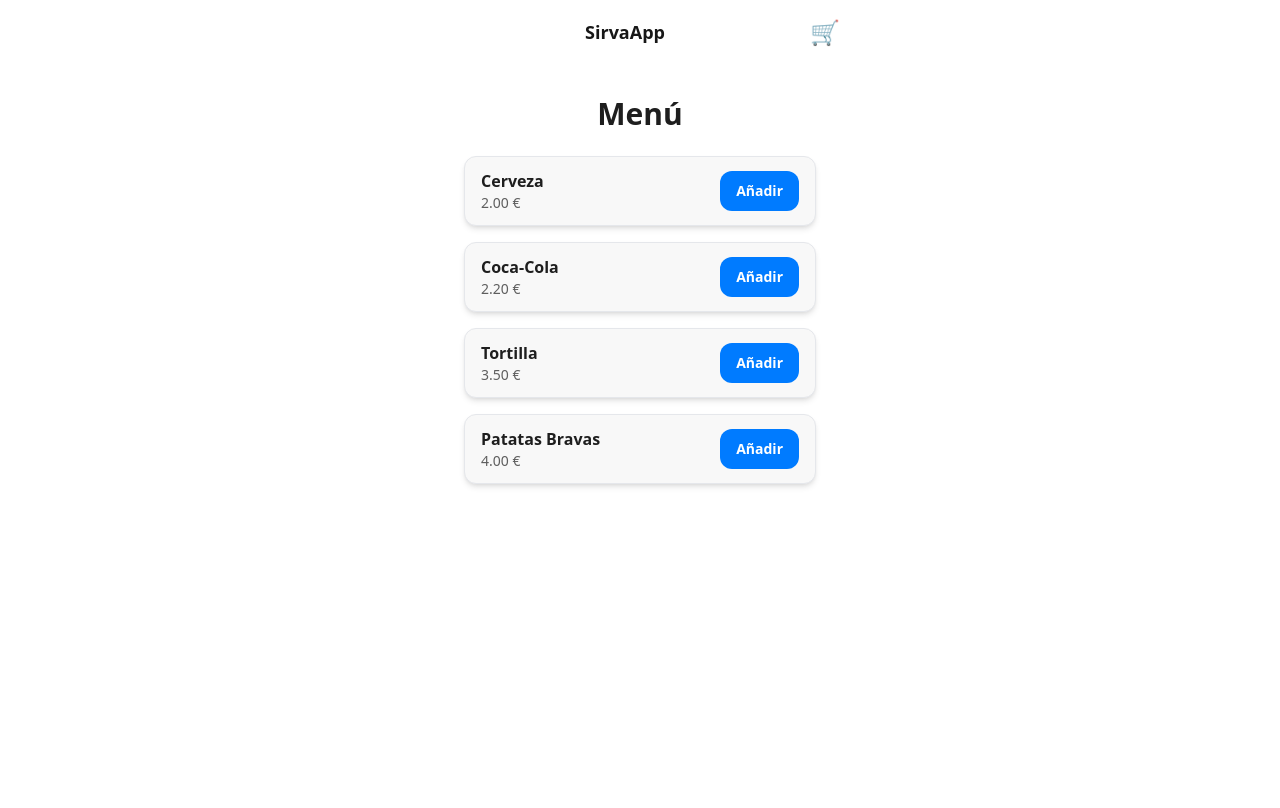
Repository: jrcardenas/sirvaapp
Page: /menu
An editor plug-in stored every save of this project. The page is shown before and after the next save, followed by the edit.
The browser window is 1280 px wide. The pictures show the whole page.
The project was rebuilt for these pictures with package versions that can differ from the ones it lists, and the page was loaded fresh each time. The framework's server and built-in components were replaced by stand-ins that run in the browser. Also part of the build but not shown: next.config.ts, app/components/viewOrderButton.tsx.

Above is the page before, as saved 2025-11-02 11:45:38.

### app/layout.tsx
import type { Metadata } from "next";
import "./globals.css";
import "./styles/theme.css";
import { OrderProvider } from "@/context/OrderContext";
import LayoutWrapper from "@/components/layout/LayoutWrapper";

export const metadata: Metadata = {
  title: "SirvaApp",
  description: "Pide desde tu mesa. Sirve más rápido.",
};

export default function RootLayout({ children }: { children: React.ReactNode }) {
  return (
    <html lang="es">
      <body className="bg-[var(--color-background)] text-[var(--color-text-dark)]">
        <OrderProvider>
          <LayoutWrapper>
            {children}
          </LayoutWrapper>
        </OrderProvider>
      </body>
    </html>
  );
}

### app/menu/page.tsx
"use client";

import Button from "@/components/ui/Button";
import { useCartStore } from "@/store/cartStore";
import ViewOrderButton from "@/components/ViewOrderButton";

export default function MenuPage() {
  const { addItem, items } = useCartStore();

  const productos = [
    { id: "1", nombre: "Cerveza", precio: 2.0 },
    { id: "2", nombre: "Coca-Cola", precio: 2.2 },
    { id: "3", nombre: "Tortilla", precio: 3.5 },
    { id: "4", nombre: "Patatas Bravas", precio: 4.0 },
  ];

  const getQty = (id: string) =>
    items.find((p) => p.id === id)?.qty ?? 0;

  return (
    <main className="min-h-screen bg-[var(--color-background)] p-6 pb-20">
      <h1 className="text-3xl font-bold text-center text-[var(--color-text-dark)] mb-6">
        Menú
      </h1>

      <div className="grid gap-4 max-w-md mx-auto">
        {productos.map((item) => {
          const qty = getQty(item.id);

          return (
            <div
              key={item.id}
              className="bg-[var(--color-surface)] shadow-md rounded-[var(--radius)] px-4 py-3 flex justify-between items-center border border-gray-200"
            >
              <div className="flex flex-col">
                <span className="font-semibold text-[var(--color-text-dark)]">
                  {item.nombre}
                </span>
                <span className="text-[var(--color-text-dark)] opacity-70 text-sm">
                  {item.precio.toFixed(2)} €
                </span>
              </div>

              <Button
                size="sm"
                onClick={() =>
                  addItem({
                    id: item.id,
                    name: item.nombre,
                    price: item.precio,
                    qty: 1,
                  })
                }
              >
                Añadir {qty > 0 && `(${qty})`}
              </Button>
            </div>
          );
        })}
      </div>

      <ViewOrderButton />
    </main>
  );
}

### app/globals.css
@import "tailwindcss";

/* Colores base del navegador */
:root {
  --background: #ffffff;
  --foreground: #171717;
}

/* ✅ Variables sincronizadas con el tema */
@theme inline {
  --color-background: var(--background);
  --color-foreground: var(--foreground);
  --font-sans: var(--font-geist-sans);
  --font-mono: var(--font-geist-mono);
}

@media (prefers-color-scheme: dark) {
  :root {
    --background: #0a0a0a;
    --foreground: #ededed;
  }
}

/* ✅ Mantener reset y tipografía */
body {
  background: var(--color-background);
  color: var(--color-foreground);
}

### app/styles/theme.css
:root {
  /* Brand Colors */
  --color-primary: #007BFF;
  --color-secondary: #1E1E1E;
  --color-background: #FFFFFF;
  --color-surface: #F8F8F8;
  --color-border: #E2E2E2;

  /* Text */
  --color-text-dark: #1E1E1E;
  --color-text-light: #FFFFFF;

  /* Tokens */
  --radius: 12px;
  --button-height: 48px;
}

### app/context/OrderContext.tsx
"use client";
import { createContext, useContext, useState, ReactNode } from "react";

interface ProductoPedido {
  id: number;
  nombre: string;
  precio: number;
  cantidad: number;
  nota?: string;
}

interface OrderContextValue {
  pedido: ProductoPedido[];
  agregarProducto: (producto: ProductoPedido) => void;
  cambiarCantidad: (id: number, accion: "sumar" | "restar") => void;
  eliminarProducto: (id: number) => void;
  vaciarPedido: () => void;
  totalItems: number;
  totalPrice: number;
}

const OrderContext = createContext<OrderContextValue | undefined>(undefined);

export function OrderProvider({ children }: { children: ReactNode }) {
  const [pedido, setPedido] = useState<ProductoPedido[]>([]);

  const agregarProducto = (producto: ProductoPedido) => {
    setPedido((prev) => {
      const existe = prev.find((p) => p.id === producto.id);
      if (existe) {
        return prev.map((p) =>
          p.id === producto.id
            ? { ...p, cantidad: p.cantidad + producto.cantidad }
            : p
        );
      }
      return [...prev, producto];
    });
  };

  const cambiarCantidad = (id: number, accion: "sumar" | "restar") => {
    setPedido((prev) =>
      prev
        .map((p) => {
          if (p.id !== id) return p;
          if (accion === "sumar") return { ...p, cantidad: p.cantidad + 1 };
          if (p.cantidad === 1) return p;
          return { ...p, cantidad: p.cantidad - 1 };
        })
        .filter((p) => p.cantidad > 0)
    );
  };

  const eliminarProducto = (id: number) => {
    setPedido((prev) => prev.filter((p) => p.id !== id));
  };

  const vaciarPedido = () => setPedido([]);

  const totalItems = pedido.reduce((acc, p) => acc + p.cantidad, 0);
  const totalPrice = pedido.reduce((acc, p) => acc + p.precio * p.cantidad, 0);

  return (
    <OrderContext.Provider
      value={{
        pedido,
        agregarProducto,
        cambiarCantidad,
        eliminarProducto,
        vaciarPedido,
        totalItems,
        totalPrice,
      }}
    >
      {children}
    </OrderContext.Provider>
  );
}

export function useOrder() {
  const context = useContext(OrderContext);
  if (!context) throw new Error("useOrder debe usarse dentro de OrderProvider");
  return context;
}

### app/components/layout/LayoutWrapper.tsx
"use client";

import Header from "./Header";

export default function LayoutWrapper({ children }: { children: React.ReactNode }) {
  return (
    <div className="max-w-md mx-auto px-6 py-4 min-h-screen flex flex-col">
      <Header />
      {children}
    </div>
  );
}

### app/components/ui/Button.tsx
"use client";

import React from "react";
import Link from "next/link";

type Variant = "primary" | "secondary" | "outline" | "ghost";
type Size = "sm" | "md" | "lg";

type ButtonProps = {
  variant?: Variant;
  size?: Size;
  loading?: boolean;
  fullWidth?: boolean;
  as?: "button" | "link";
  href?: string;
  className?: string;
  children: React.ReactNode;
} & React.ButtonHTMLAttributes<HTMLButtonElement>;

function classes({ variant, size, fullWidth }: { variant: Variant; size: Size; fullWidth?: boolean }) {
  const base =
    "inline-flex items-center justify-center font-semibold transition focus:outline-none focus-visible:ring-2 focus-visible:ring-offset-2";
  const radius = "rounded-[var(--radius)]";
  const width = fullWidth ? "w-full" : "";
  const sizes: Record<Size, string> = {
    sm: "text-sm h-10 px-4",
    md: "text-base h-[var(--button-height)] px-5", // 48px por theme
    lg: "text-base h-14 px-6",
  };
  const variants: Record<Variant, string> = {
    primary:
      "bg-[var(--color-primary)] text-[var(--color-text-light)] hover:opacity-90 focus-visible:ring-[var(--color-primary)]",
    secondary:
      "bg-[var(--color-secondary)] text-[var(--color-text-light)] hover:opacity-90 focus-visible:ring-[var(--color-secondary)]",
    outline:
      "bg-transparent text-[var(--color-text-dark)] border border-[color:var(--color-secondary)]/20 hover:bg-[var(--color-surface)] focus-visible:ring-[var(--color-primary)]",
    ghost:
      "bg-transparent text-[var(--color-text-dark)] hover:bg-[var(--color-surface)] focus-visible:ring-[var(--color-primary)]",
  };

  return [base, radius, width, sizes[size], variants[variant]].join(" ");
}

export default function Button({
  variant = "primary",
  size = "md",
  loading = false,
  fullWidth,
  as = "button",
  href,
  className = "",
  children,
  disabled,
  ...rest
}: ButtonProps) {
  const cls =
    classes({ variant, size, fullWidth }) +
    " " +
    (disabled || loading ? "opacity-60 pointer-events-none" : "") +
    " " +
    className;

  const content = (
    <>
      {loading && (
        <svg
          className="mr-2 animate-spin"
          width="16"
          height="16"
          viewBox="0 0 24 24"
          aria-hidden="true"
        >
          <circle cx="12" cy="12" r="10" stroke="currentColor" strokeWidth="4" fill="none" opacity="0.25" />
          <path d="M22 12a10 10 0 0 1-10 10" fill="none" stroke="currentColor" strokeWidth="4" />
        </svg>
      )}
      {children}
    </>
  );

  if (as === "link" && href) {
    return (
      <Link
        href={href}
        className={cls}
        role="button"
        aria-busy={loading || undefined}
        aria-disabled={disabled || loading || undefined}
      >
        {content}
      </Link>
    );
  }

  return (
    <button
      className={cls}
      disabled={disabled || loading}
      aria-busy={loading || undefined}
      {...rest}
    >
      {content}
    </button>
  );
}

### app/store/cartStore.ts
import { create } from "zustand";

export interface CartItem {
  id: string;
  name: string;
  price: number;
  qty: number;
  note?: string;
}

interface CartState {
  items: CartItem[];
  addItem: (item: CartItem) => void;
  changeQty: (id: string, qty: number) => void;
  removeItem: (id: string, note?: string) => void;
  clearCart: () => void;
  totalItems: number;
  totalAmount: number;
}

export const useCartStore = create<CartState>((set, get) => ({
  items: [],

  addItem: (item) => {
    const exists = get().items.find(
      (i) => i.id === item.id && i.note === item.note
    );

    if (exists) {
      set({
        items: get().items.map((i) =>
          i.id === item.id && i.note === item.note
            ? { ...i, qty: i.qty + item.qty }
            : i
        ),
      });
    } else {
      set({ items: [...get().items, item] });
    }
  },

  changeQty: (id, qty) => {
    if (qty < 1) return; // ✅ regla elegida (A)
    set({
      items: get().items.map((i) =>
        i.id === id ? { ...i, qty } : i
      ),
    });
  },

  removeItem: (id, note) =>
    set({
      items: get().items.filter(
        (i) => !(i.id === id && i.note === note)
      ),
    }),

  clearCart: () => set({ items: [] }),

  get totalItems() {
    return get().items.reduce((acc, i) => acc + i.qty, 0);
  },

  get totalAmount() {
    return get().items.reduce((acc, i) => acc + i.qty * i.price, 0);
  },
}));

### app/components/layout/Header.tsx
"use client";

import Link from "next/link";
import { useOrder } from "@/context/OrderContext";

export default function Header() {
  const { pedido } = useOrder();
  const totalItems = pedido.reduce((acc, item) => acc + item.cantidad, 0);

  return (
    <header className="flex justify-between items-center mb-6">
      <div /> {/* placeholder para el espacio izquierdo */}

      <h1 className="text-lg font-bold">SirvaApp</h1>

      <Link href="/carrito" className="relative">
        <span className="text-2xl">🛒</span>

        {totalItems > 0 && (
          <span className="absolute -top-1 -right-2 bg-[var(--color-primary)] text-white rounded-full text-xs px-1">
            {totalItems}
          </span>
        )}
      </Link>
    </header>
  );
}

After the next save:
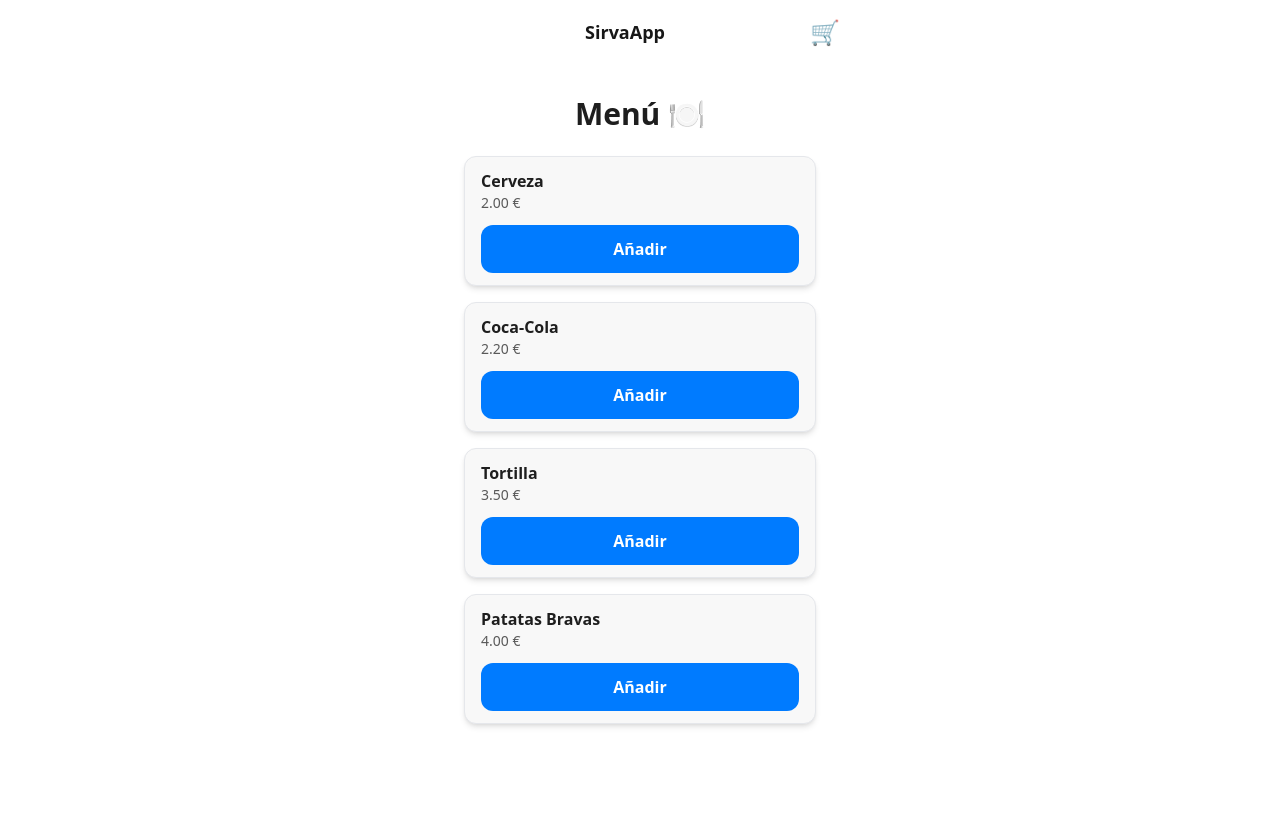
Saved 74 s later.
--- a/app/menu/page.tsx
+++ b/app/menu/page.tsx
@@ -5,7 +5,7 @@
 import ViewOrderButton from "@/components/ViewOrderButton";
 
 export default function MenuPage() {
-  const { addItem, items } = useCartStore();
+  const { addItem, changeQty, items } = useCartStore();
 
   const productos = [
     { id: "1", nombre: "Cerveza", precio: 2.0 },
@@ -15,12 +15,12 @@
   ];
 
   const getQty = (id: string) =>
-    items.find((p) => p.id === id)?.qty ?? 0;
+    items.find((p) => p.id === id && !p.note)?.qty ?? 0;
 
   return (
     <main className="min-h-screen bg-[var(--color-background)] p-6 pb-20">
-      <h1 className="text-3xl font-bold text-center text-[var(--color-text-dark)] mb-6">
-        Menú
+      <h1 className="text-3xl font-bold text-center mb-6 text-[var(--color-text-dark)]">
+        Menú 🍽
       </h1>
 
       <div className="grid gap-4 max-w-md mx-auto">
@@ -30,35 +30,67 @@
           return (
             <div
               key={item.id}
-              className="bg-[var(--color-surface)] shadow-md rounded-[var(--radius)] px-4 py-3 flex justify-between items-center border border-gray-200"
+              className="bg-[var(--color-surface)] shadow-md rounded-[var(--radius)] px-4 py-3 border border-gray-200"
             >
-              <div className="flex flex-col">
-                <span className="font-semibold text-[var(--color-text-dark)]">
-                  {item.nombre}
-                </span>
-                <span className="text-[var(--color-text-dark)] opacity-70 text-sm">
-                  {item.precio.toFixed(2)} €
-                </span>
+              {/* Nombre y precio */}
+              <div className="flex justify-between mb-3">
+                <div>
+                  <p className="font-bold text-[var(--color-text-dark)]">
+                    {item.nombre}
+                  </p>
+                  <p className="opacity-70 text-sm">
+                    {item.precio.toFixed(2)} €
+                  </p>
+                </div>
               </div>
 
-              <Button
-                size="sm"
-                onClick={() =>
-                  addItem({
-                    id: item.id,
-                    name: item.nombre,
-                    price: item.precio,
-                    qty: 1,
-                  })
-                }
-              >
-                Añadir {qty > 0 && `(${qty})`}
-              </Button>
+              {/* Botón o contador */}
+              {qty === 0 ? (
+                <Button
+                  fullWidth
+                  onClick={() =>
+                    addItem({
+                      id: item.id,
+                      name: item.nombre,
+                      price: item.precio,
+                      qty: 1,
+                    })
+                  }
+                >
+                  Añadir
+                </Button>
+              ) : (
+                <div className="flex justify-between items-center bg-white p-2 rounded-lg border">
+                  {/* Botón - */}
+                  <button
+                    className="w-9 h-9 flex items-center justify-center
+                    bg-[var(--color-secondary)] text-white rounded-full text-lg font-bold"
+                    onClick={() => changeQty(item.id, qty - 1)}
+                  >
+                    -
+                  </button>
+
+                  {/* Cantidad */}
+                  <span className="font-bold text-lg">{qty}</span>
+
+                  {/* Botón + */}
+                  <button
+                    className="w-9 h-9 flex items-center justify-center
+                    bg-[var(--color-primary)] text-white rounded-full text-lg font-bold"
+                    onClick={() =>
+                      changeQty(item.id, qty + 1)
+                    }
+                  >
+                    +
+                  </button>
+                </div>
+              )}
             </div>
           );
         })}
       </div>
 
+      {/* Botón flotante carrito */}
       <ViewOrderButton />
     </main>
   );

After the save that followed:
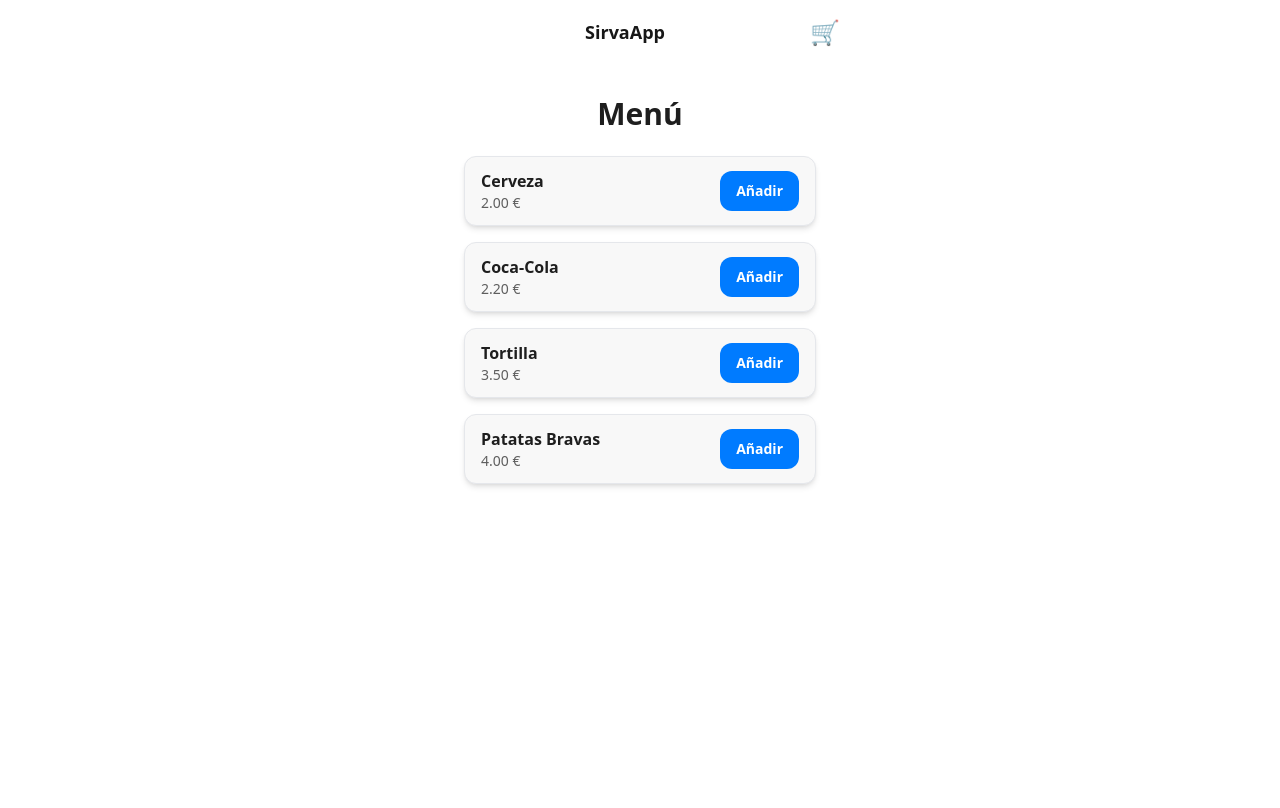
Saved 63 s later.
--- a/app/menu/page.tsx
+++ b/app/menu/page.tsx
@@ -15,12 +15,12 @@
   ];
 
   const getQty = (id: string) =>
-    items.find((p) => p.id === id && !p.note)?.qty ?? 0;
+    items.find((p) => p.id === id)?.qty ?? 0;
 
   return (
     <main className="min-h-screen bg-[var(--color-background)] p-6 pb-20">
-      <h1 className="text-3xl font-bold text-center mb-6 text-[var(--color-text-dark)]">
-        Menú 🍽
+      <h1 className="text-3xl font-bold text-center text-[var(--color-text-dark)] mb-6">
+        Menú
       </h1>
 
       <div className="grid gap-4 max-w-md mx-auto">
@@ -30,24 +30,22 @@
           return (
             <div
               key={item.id}
-              className="bg-[var(--color-surface)] shadow-md rounded-[var(--radius)] px-4 py-3 border border-gray-200"
+              className="bg-[var(--color-surface)] shadow-md rounded-[var(--radius)] px-4 py-3 flex justify-between items-center border border-gray-200"
             >
-              {/* Nombre y precio */}
-              <div className="flex justify-between mb-3">
-                <div>
-                  <p className="font-bold text-[var(--color-text-dark)]">
-                    {item.nombre}
-                  </p>
-                  <p className="opacity-70 text-sm">
-                    {item.precio.toFixed(2)} €
-                  </p>
-                </div>
+              {/* Nombre + Precio */}
+              <div className="flex flex-col">
+                <span className="font-semibold text-[var(--color-text-dark)]">
+                  {item.nombre}
+                </span>
+                <span className="text-[var(--color-text-dark)] opacity-70 text-sm">
+                  {item.precio.toFixed(2)} €
+                </span>
               </div>
 
-              {/* Botón o contador */}
+              {/* Controles */}
               {qty === 0 ? (
                 <Button
-                  fullWidth
+                  size="sm"
                   onClick={() =>
                     addItem({
                       id: item.id,
@@ -60,26 +58,24 @@
                   Añadir
                 </Button>
               ) : (
-                <div className="flex justify-between items-center bg-white p-2 rounded-lg border">
+                <div className="flex items-center gap-2">
                   {/* Botón - */}
                   <button
-                    className="w-9 h-9 flex items-center justify-center
-                    bg-[var(--color-secondary)] text-white rounded-full text-lg font-bold"
+                    className="w-8 h-8 bg-gray-200 rounded-full text-lg font-bold flex items-center justify-center"
                     onClick={() => changeQty(item.id, qty - 1)}
                   >
                     -
                   </button>
 
                   {/* Cantidad */}
-                  <span className="font-bold text-lg">{qty}</span>
+                  <span className="font-semibold w-6 text-center text-lg">
+                    {qty}
+                  </span>
 
                   {/* Botón + */}
                   <button
-                    className="w-9 h-9 flex items-center justify-center
-                    bg-[var(--color-primary)] text-white rounded-full text-lg font-bold"
-                    onClick={() =>
-                      changeQty(item.id, qty + 1)
-                    }
+                    className="w-8 h-8 bg-blue-600 text-white rounded-full text-lg font-bold flex items-center justify-center"
+                    onClick={() => changeQty(item.id, qty + 1)}
                   >
                     +
                   </button>
@@ -90,7 +86,6 @@
         })}
       </div>
 
-      {/* Botón flotante carrito */}
       <ViewOrderButton />
     </main>
   );
